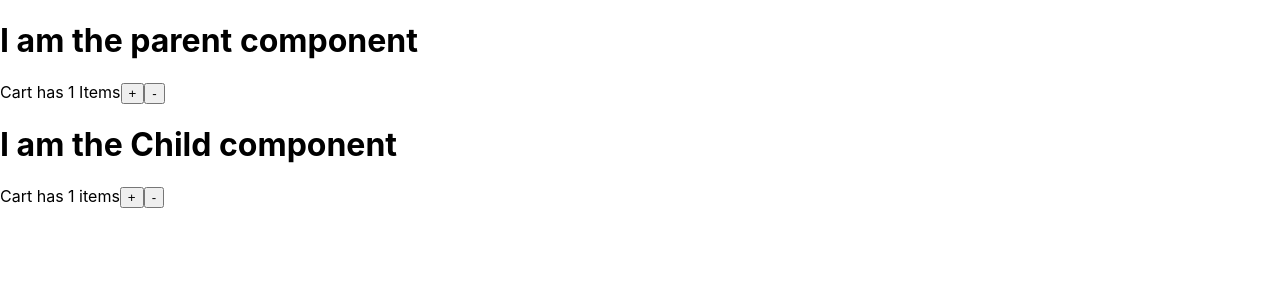
Repository: rajascript/simple-redux
Page: /
These files come from the project's save history. The page is drawn as it stood at one moment and after the next save; the edit follows.
The browser window is 1280 px wide. The pictures show the whole page.
The project was rebuilt for these pictures with package versions that can differ from the ones it lists, and the page was loaded fresh each time.

Above is the page before, as saved 2020-05-26 10:05:46.

After the next save:
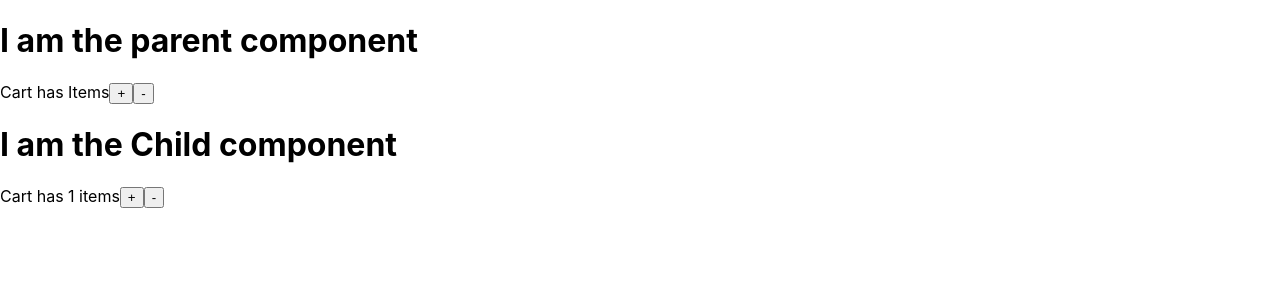
Saved 12 s later.
--- a/src/App.js
+++ b/src/App.js
@@ -4,9 +4,7 @@ class App extends React.Component {
   constructor(props) {
     super(props);
 
-    this.state = {
-      elements: 1,
-    };
+    this.state = {};
   }
 
   render() {
